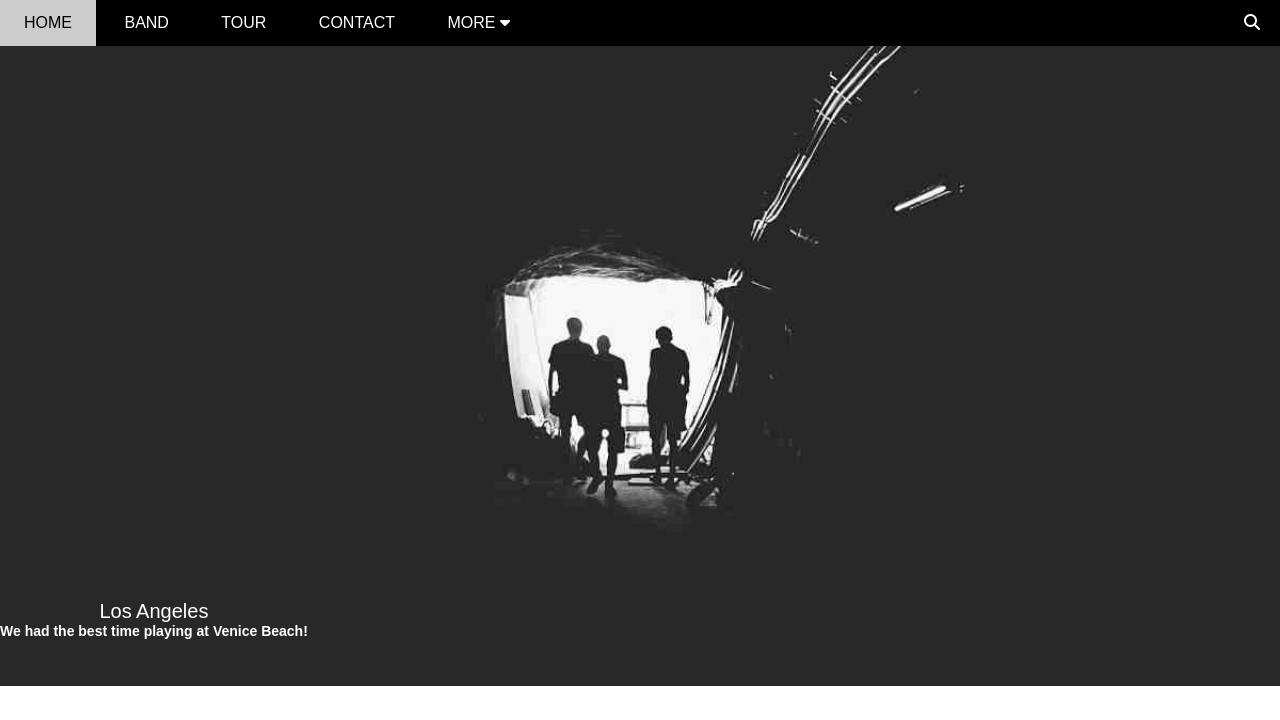
Repository: TranPhucThinh/clone-the-band
Page: index.html
An editor plug-in stored every save of this project. The page is shown before and after the next save, followed by the edit.
The browser window is 1280 px wide. The pictures show the whole page.
Some web libraries are served in a nearby version.

Above is the page before, as saved 2022-08-04 00:20:05.

After the next save:
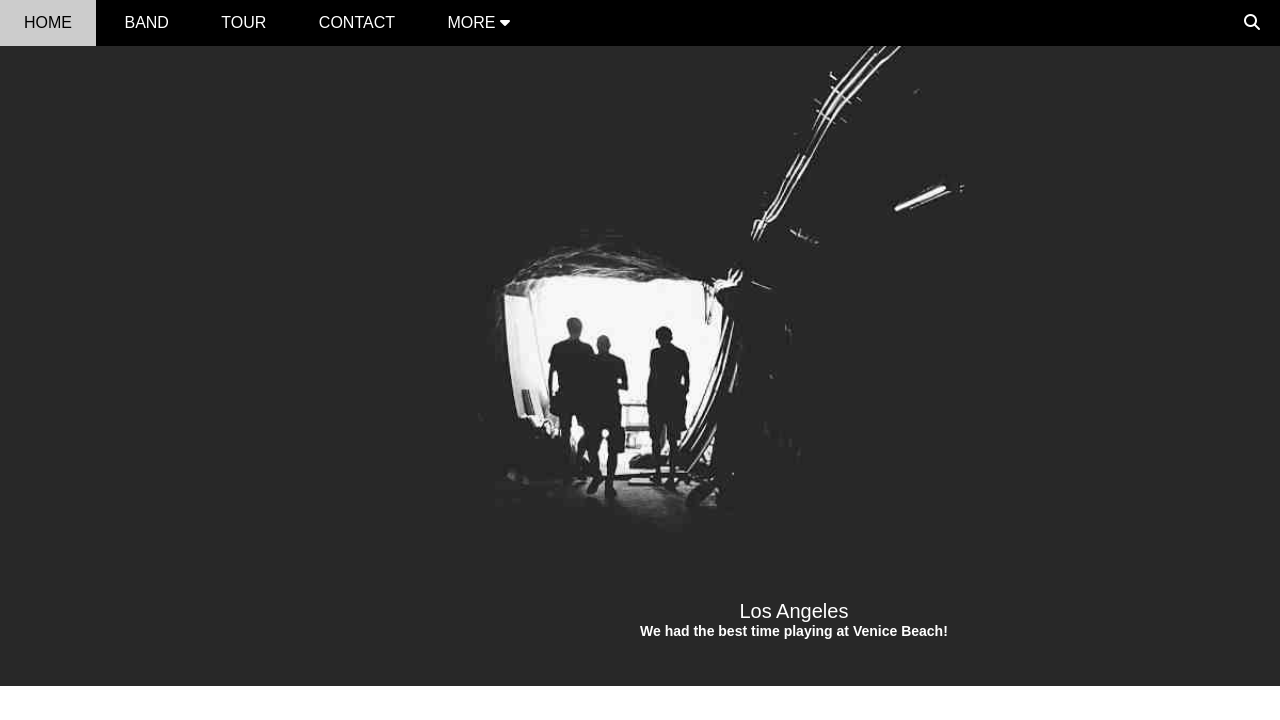
Saved 20 s later.
--- a/assets/style.css
+++ b/assets/style.css
@@ -101,6 +101,7 @@ html {
   text-align: center;
   position: absolute;
   bottom: 47px;
+  left: 50%;
 }
 
 #slider .slider-heading {
